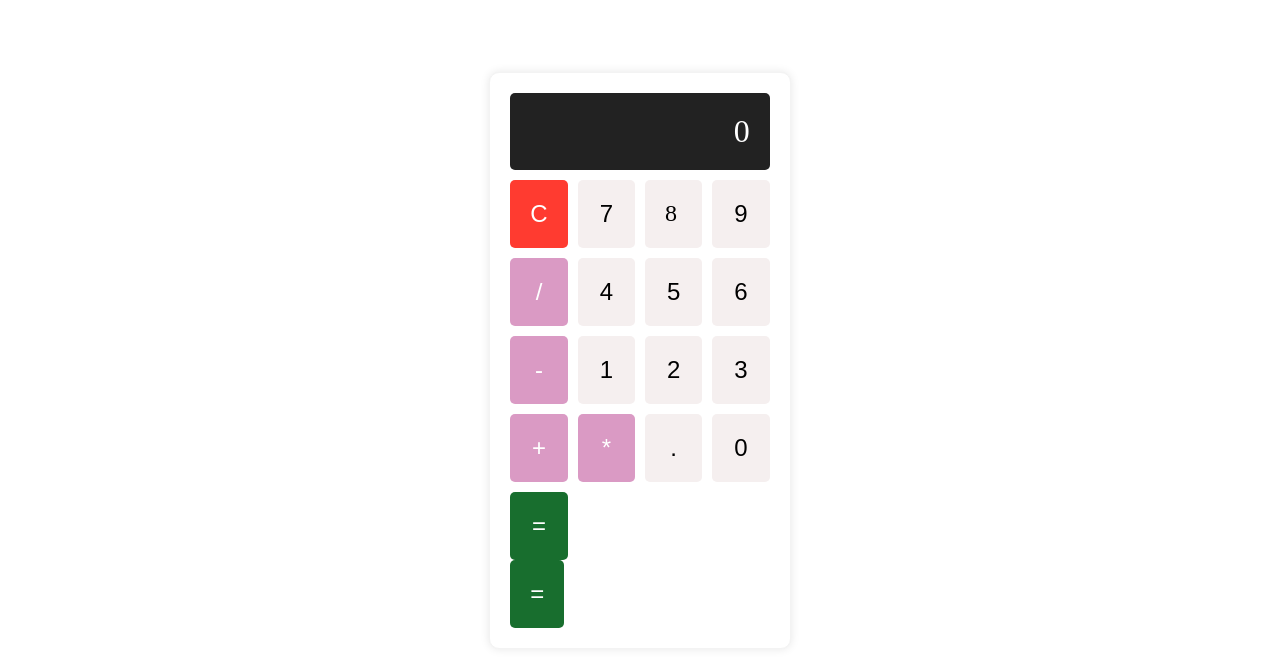
Repository: alizey12/calculator
Page: index.html
An editor plug-in stored every save of this project. The page is shown before and after the next save, followed by the edit.
The browser window is 1280 px wide. The pictures show the whole page.

Above is the page before, as saved 2024-11-23 20:22:33.

### index.html
<!DOCTYPE html>
<html lang="en">
<head>
    <meta charset="UTF-8">
    <meta name="viewport" content="width=device-width, initial-scale=1.0">
    <title>Document</title>
    <link rel="stylesheet" href="styles.css">
</head>
<body>
 <div class="calculator">
            <div class="display" id="display">0</div>
            <div class="buttons">


                <button class="btn"  id="clear">C</button>
                <button onclick="appendValue('7')"  class="btn">7</button>
                <buttonon click="appendValue('8')"  class="btn">8</buttonon>
                <button onclick="appendValue('9')" class="btn">9</button>
                <button onclick="operate('/')" class="btn operator">/</button>
                <button onclick="appendValue('4')" class="btn">4</button>
                <button onclick="appendValue('5')" class="btn">5</button>
                <button onclick="appendValue('6')" class="btn">6</button>
                <button onclick="operate('-')" class="btn operator">-</button>
                <button onclick="appendValue('1')" class="btn">1</button>
                <button onclick="appendValue('2')" class="btn">2</button>
                <button onclick="appendValue('3')" class="btn">3</button>
                <button onclick="operate('+')" class="btn operator">+</button>
                <button onclick="operate('*')" class="btn operator">*</button>
                <button  onclick="appendValue('.')" class="btn">.</button>
                <button onclick="appendValue('0')" class="btn">0</button>
                <button class="btn operator" id="equals">=</button>


            </div>
            <button class="btn operator" id="equals">=</button>

        </div>


    <script src="script.js"></script>
</body>
</html>

### styles.css
body {
    display: flex;
    justify-content: center;
    align-items: center;
    height: 100vh;
    background-color: #ffffff;
    margin: 0;
}

.calculator {
    border: 1px solid #f3f3f3;
    border-radius: 10px;
    padding: 20px;
    background-color: #fff;
    box-shadow: 0 0 10px rgba(0, 0, 0, 0.1);
}

.display {
    font-size: 2em;
    margin-bottom: 10px;
    padding: 20px;
    background-color: #222;
    color: #fff;
    text-align: right;
    border-radius: 5px;
}


.buttons {
    display: grid;
    grid-template-columns: repeat(4, 1fr);
    gap: 10px;
}

.btn {
    padding: 20px;
    font-size: 1.5em;
    border: none;
    border-radius: 5px;
    background-color: #f5efef;
    cursor: pointer;
}

.btn.operator {
    background-color: #da9ac4;
    color: #fff;
}

.btn#clear {
    background-color: #ff3b30;
    color: #fff;
}

#equals {

    background-color: #186e2e;
    color: #fff;
}

### script.js
let displayValue = '';

function appendValue(value) {
    displayValue += value;
    updateDisplay();
}

function operate(operator) {
    displayValue += ` ${operator} `;
    updateDisplay();
}

function clearDisplay() {
    displayValue = '';
    updateDisplay();
}

function calculate() {
    try {
        displayValue = eval(displayValue).toString();
    } catch {
        displayValue = 'Error';
    }
    updateDisplay();
}

function updateDisplay() {
    document.getElementById('display').value = displayValue;
}

After the next save:
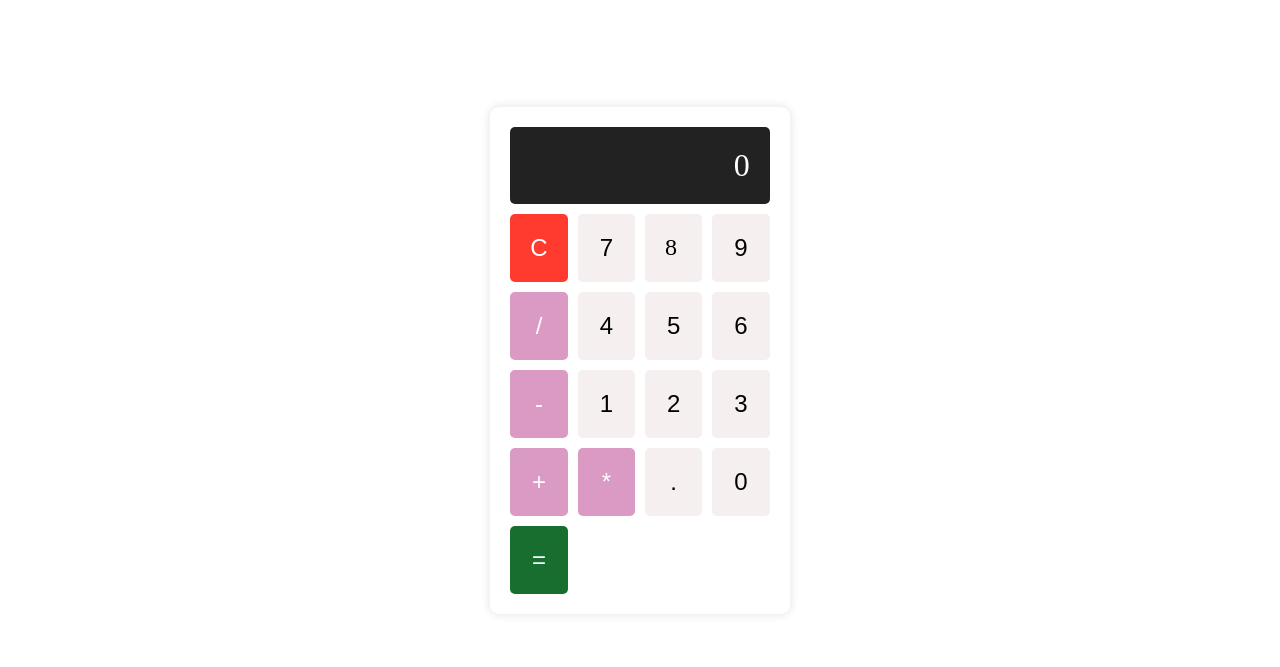
Saved 8 s later.
--- a/index.html
+++ b/index.html
@@ -32,7 +32,7 @@
 
 
             </div>
-            <button class="btn operator" id="equals">=</button>
+
 
         </div>
 
